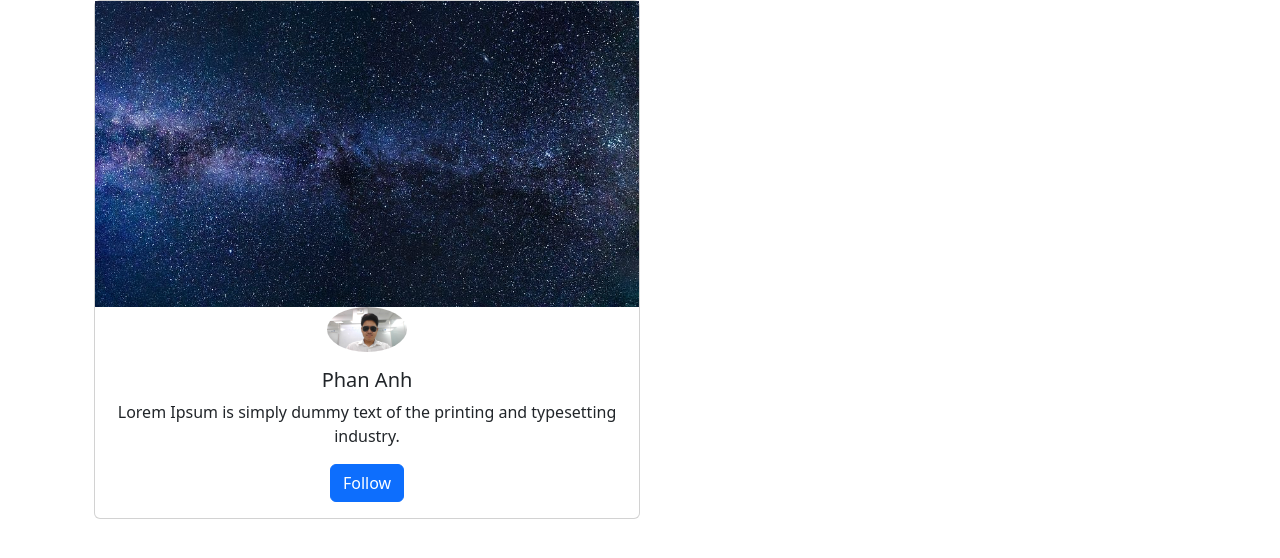
Repository: NPhanA/React2022
Page: / (app in Day 03-React/exercise/)
An editor plug-in stored every save of this project. The page is shown before and after a run of saves, followed by the edit.
The browser window is 1280 px wide. The pictures show the whole page.
The project was rebuilt for these pictures with package versions that can differ from the ones it lists, and the page was loaded fresh each time. Also part of the build but not shown: Day 03-React/exercise/src/App.css, Day 03-React/exercise/src/App.js, Day 03-React/exercise/src/Components/UserAgent.js.

Above is the page before, as saved 2022-07-26 16:38:00.

### Day 03-React/exercise/src/index.js
import React from 'react';
import ReactDOM from 'react-dom/client';
import './index.css';
import App from './App';
import reportWebVitals from './reportWebVitals';
import 'bootstrap/dist/css/bootstrap.min.css';
import {createRoot} from 'react-dom/client';
import UserAgent from './Components/UserAgent';
import App1 from './Components/ProfileCard';
import ProfileCard from './Components/ProfileCard';
const container = document.getElementById('root');
const root = createRoot(container);
root.render(<ProfileCard />);

### Day 03-React/exercise/src/Components/ProfileCard.js
import avatar from '../Pictures/Avatar.jpg';
import space from '../Pictures/Space.jpg';

function ProfileCard() {
    return (
        <div className="container ">
            <div className="row mx-auto">
                <div className="col-xs-12 col-xxl-6 mx-auto">
        <div className="card w-50 text-center" >
        <div className="upper">
                <img src={space} className="img-fluid"></img>
              </div>
              <div className="user text-center">
                <div className="profile">
                  <img src={avatar} className="rounded-circle" width="80"></img>
                </div>
              </div>
        <div className="card-body">
          <h5 className="card-title">Phan Anh</h5>
          <p className="card-text">Lorem Ipsum is simply dummy text of the printing and typesetting industry.</p>
          <a href="#" className="btn btn-primary">Follow</a>
        </div>
      </div>
      </div>
      </div>
      </div>
    );
  }

  export default ProfileCard;

Loaded but not shown: Day 03-React/exercise/public/index.html (common file); Day 03-React/exercise/src/index.css (common file); Day 03-React/exercise/src/reportWebVitals.js (common file)

After the next 2 saves:
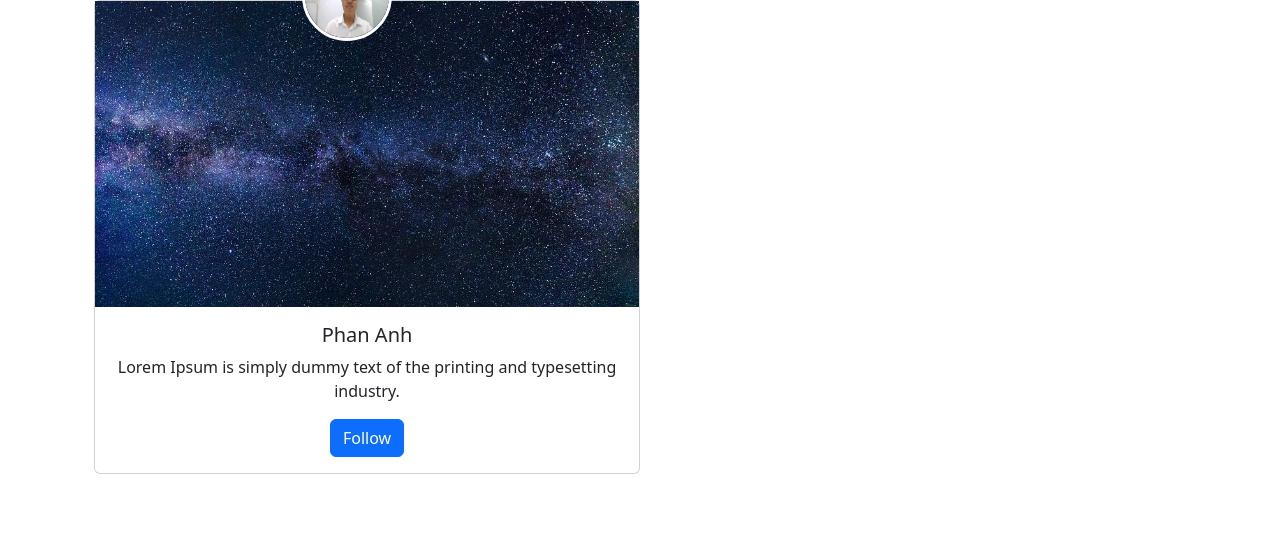
The 2 saves are shown as one change because 1 did not build or start.
The last was saved 104 s later.
--- a/Day 03-React/exercise/src/Components/ProfileCard.js
+++ b/Day 03-React/exercise/src/Components/ProfileCard.js
@@ -12,7 +12,13 @@ function ProfileCard() {
               </div>
               <div className="user text-center">
                 <div className="profile">
-                  <img src={avatar} className="rounded-circle" width="80"></img>
+                  <img src={avatar} className="rounded-circle position-absolute" width="80" style={{
+        top:"-50px",
+        left: "38%",
+        height: "90px",
+        width: "90px",
+        border:"3px solid #fff",
+        borderradius: "50%"}}></img>
                 </div>
               </div>
         <div className="card-body">
